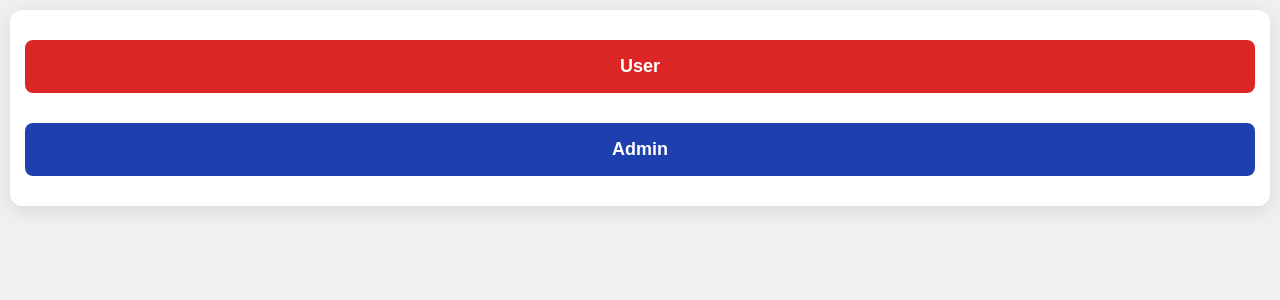
Repository: tjola/nerd_tuning_al
Page: sign_in.html
These files come from the project's save history. The page is drawn as it stood at one moment and after the next save; the edit follows.
The browser window is 1280 px wide. The pictures show the whole page.

Above is the page before, as saved 2025-12-01 16:49:06.

After the next save:
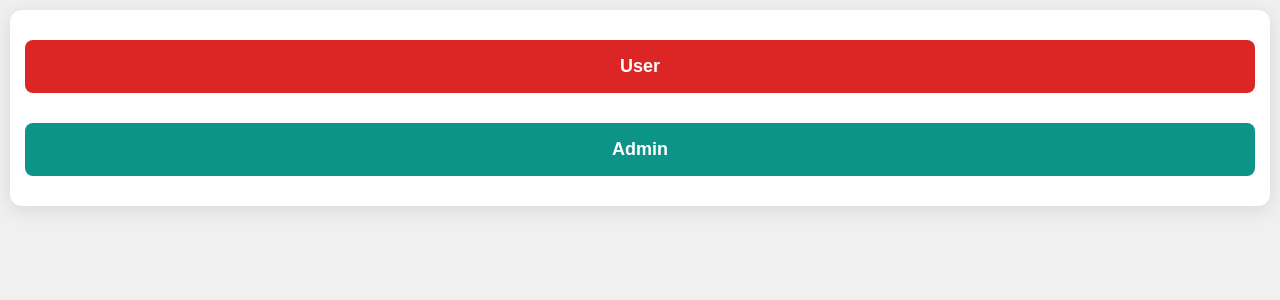
Saved 17 s later.
--- a/sign_in.html
+++ b/sign_in.html
@@ -12,7 +12,7 @@
      <button class="btn-red" onclick="document.getElementById('importFile').click()">
       User
     </button>
-     <button class="btn-blue" onclick="document.getElementById('importFile').click()">
+     <button class="btn-cyan" onclick="document.getElementById('importFile').click()">
       Admin
     </button>
   </div>
